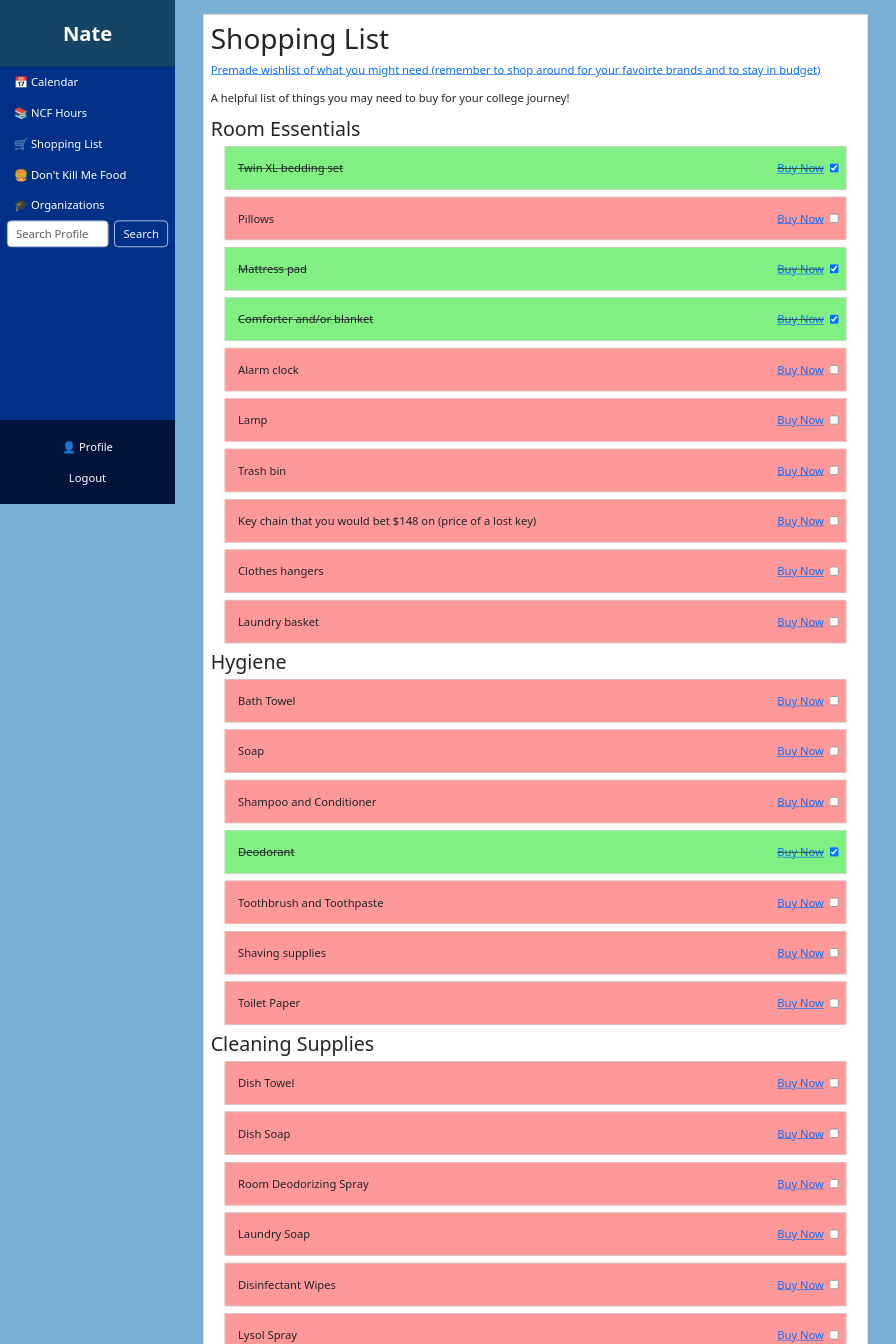
Repository: NateClarkTech/SoftwareEngineeringProject2
Page: http://localhost/shoppinglist/
These files come from the project's save history. The page is drawn as it stood at one moment and after the next save; the edit follows.
The browser window is 1280 px wide. The pictures show the part of the page from y = 0 to 1920 px (the page is 4171 px tall), at 70% of full size.
The page is served by the project's application, run on Django 5.2 (manage.py). The first stored user is signed in. Other server files are loaded and not shown. The page reads the database file committed with the project.

Above is the page before, as saved 2024-03-12 17:50:22.

### ShoppingList/templates/shoppinglist.html
{% extends 'base.html' %}

{% load static %}

{% block title %}Shopping List{% endblock %}

{% block extendHeader %}
<style>
    .item-box {
        border: 1px solid #ccc;
        padding: 10px;
        margin-bottom: 10px;
        margin-left: 20px;
        margin-right: 20px;
        background-color: white;
    }

    .checked {
        text-decoration: line-through;
        background-color: #81ef81;
    }

    .not-checked {
        text-decoration: none;
        background-color: #ff9999;
    }
</style>
{% endblock %}

{% block content %}
<div class="align-items-center">
    {% if user.is_authenticated %}
    <div class="item-box">
        <h1>Shopping List</h1>
        <a href="https://www.amazon.com/hz/wishlist/ls/1MYC1SQ5AHTOC?ref_=wl_share" target="_blank">Premade wishlist of what you might need (remember to shop around for your favoirte brands and to stay in budget)</a>
        <p class="pt-3">A helpful list of things you may need to buy for your college journey!</p>

        {% for category in itemCategories %}
            <h3>{{ category }}</h3>
            {% for item in shoppingItems %}
                {% if item.category == category %}
                    <div class="item-box d-flex {% if item.checked %}checked{%else%}not-checked{% endif %}">
                        <label for="item-{{ forloop.counter }}" class="flex-grow-1 p-2">{{ item.name }}</label>
                        <a href="{{ item.url }}" target="_blank" class="p-2">Buy Now</a>
                        <input type="checkbox" id="item-{{ forloop.counter }}" class="p-2" {% if item.checked %}checked{% endif %}>
                    </div>
                {% endif %}
            {% endfor %}
        {% endfor %}
    </div>
    {% else %}
    <p>You are not logged in</p>
    {% endif %}
</div>
{% endblock %}

{% block scripts %}
    <script src={% static '/js/shoppinglist.js' %}></script>
{% endblock %}

### ShoppingList/models.py
from django.db import models
from django.contrib.auth.models import User

class ShoppingListCategory(models.Model):
    name = models.CharField(max_length=200)

    def __str__(self):
        return self.name

class ShoppingListItem(models.Model):
    user = models.ForeignKey(User, on_delete=models.CASCADE)
    name = models.CharField(max_length=200)
    category = models.ForeignKey(ShoppingListCategory, on_delete=models.CASCADE)
    url = models.URLField(max_length=200)
    checked = models.BooleanField(default=False)

    def __str__(self):
        return self.user.username + " - " + self.name

### Leaderboard/urls.py
from django.urls import path
from . import views
#https://www.reddit.com/r/django/comments/13hknj7/my_project_doesnt_recognize_the_urls_from_one_of/
urlpatterns = [
    path('', views.checklist, name='checklist'),
    path('checklist/', views.checklist, name='checklist'),
    path('update_checklist/', views.update_checklist, name='update_checklist'),
    path('reset-tasks', views.reset_tasks),
    path('leaderboard/', views.leaderboard_view, name='leaderboard'),

]

### ShoppingList/urls.py
from django.urls import path
from . import views
from django.conf import settings
from django.conf.urls.static import static
from django.contrib.auth import views as auth_views

urlpatterns = [
    path('', views.shoppinglist, name='shoppinglist'),
    path('update_shoppinglist', views.update_shoppinglist, name='update_shoppinglist'),
]

### NovoTaskNinja/urls.py
from django.urls import path
from . import views
from django.conf import settings
from django.conf.urls.static import static
from django.contrib.auth import views as auth_views

urlpatterns = [

    # Backend-Heavy Pages
    path('dontkillmefood/', views.dontkillmefood, name='dontkillmefood'),

    # Frontend-Heavy Pages
    path('calendar', views.calendar, name='calendar'),
    path('ncfhours/', views.ncfhours, name='ncfhours'),
    path('', views.home, name='home'),


] + static(settings.MEDIA_URL, document_root=settings.MEDIA_ROOT)

### db.sqlite3 (the tables this page reads, as SQL)
CREATE TABLE "ShoppingList_shoppinglistcategory" ("id" integer NOT NULL PRIMARY KEY AUTOINCREMENT, "name" varchar(200) NOT NULL);
INSERT INTO "ShoppingList_shoppinglistcategory" VALUES
(1, 'Room Essentials'),
(2, 'Hygiene'),
(3, 'Cleaning Supplies'),
(4, 'Beach Supplies'),
(5, 'School Supplies'),
(6, 'Emergency Preparedness'),
(7, 'Other Items');

CREATE TABLE "ShoppingList_shoppinglistitem" ("id" integer NOT NULL PRIMARY KEY AUTOINCREMENT, "name" varchar(200) NOT NULL, "url" varchar(200) NOT NULL, "checked" bool NOT NULL, "user_id" integer NOT NULL REFERENCES "auth_user" ("id") DEFERRABLE INITIALLY DEFERRED, "category_id" bigint NOT NULL REFERENCES "ShoppingList_shoppinglistcategory" ("id") DEFERRABLE INITIALLY DEFERRED);
INSERT INTO "ShoppingList_shoppinglistitem" VALUES
(1, 'Twin XL bedding set', 'https://www.amazon.com/s?k=twin+xl+sheet+sets', 0, 3, 1),
(2, 'Pillows', 'https://www.amazon.com/s?k=bed+pillow', 0, 3, 1),
(3, 'Mattress pad', 'https://www.amazon.com/s?k=mattress+pad', 0, 3, 1),
(4, 'Comforter and/or blanket', 'https://www.amazon.com/s?k=comforter', 0, 3, 1),
(5, 'Alarm clock', 'https://www.amazon.com/s?k=alarm+clock', 0, 3, 1),
(6, 'Lamp', 'https://www.amazon.com/s?k=lamp', 0, 3, 1),
(7, 'Trash bin', 'https://www.amazon.com/s?k=trash+bin', 0, 3, 1),
(8, 'Key chain that you would bet $148 on (price of a lost key)', 'https://www.amazon.com/s?k=key+chain', 0, 3, 1),
(9, 'Clothes hangers', 'clothes hangers', 0, 3, 1),
(10, 'Laundry basket', 'https://www.amazon.com/s?k=laundry+basket', 0, 3, 1),
(11, 'Bath Towel', 'https://www.amazon.com/s?kbath+towel', 0, 3, 2),
(12, 'Soap', 'https://www.amazon.com/s?k=soap', 0, 3, 2),
(13, 'Shampoo and Conditioner', 'https://www.amazon.com/s?k=shampoo+and+conditioner', 0, 3, 2),
(14, 'Deodorant', 'https://www.amazon.com/s?k=deodorant', 0, 3, 2),
(15, 'Toothbrush and Toothpaste', 'https://www.amazon.com/s?k=toothbrush+and+toothpaste', 0, 3, 2),
(16, 'Shaving supplies', 'https://www.amazon.com/s?k=shaving+supplies', 0, 3, 2),
(17, 'Toilet Paper', 'https://www.amazon.com/s?k=toilet+paper', 0, 3, 2),
(18, 'Dish Towel', 'https://www.amazon.com/s?k=dish+towel', 0, 3, 3),
(19, 'Dish Soap', 'https://www.amazon.com/s?k=dish+soap', 0, 3, 3),
(20, 'Room Deodorizing Spray', 'https://www.amazon.com/s?k=room+deodorizing+spray', 0, 3, 3),
(21, 'Laundry Soap', 'https://www.amazon.com/s?k=laundry+soap', 0, 3, 3),
(22, 'Disinfectant Wipes', 'https://www.amazon.com/s?k=disinfectant+wipes', 0, 3, 3),
(23, 'Lysol Spray', 'https://www.amazon.com/s?k=lysol+spray', 0, 3, 3),
(24, 'Swimsuit', 'https://www.amazon.com/s?k=swimsuit', 0, 3, 4),
(25, 'Beach Towel', 'https://www.amazon.com/s?k=beach+towel', 0, 3, 4),
(26, 'Sunscreen', 'https://www.amazon.com/s?k=sunscreen', 0, 3, 4),
(27, 'Refillable Water Bottle', 'https://www.amazon.com/s?k=refillable+water+bottle', 0, 3, 4),
(28, 'Personal Computer', 'https://www.amazon.com/s?k=personal+computer', 0, 3, 5),
(29, 'Printer', 'https://www.amazon.com/s?k=printer', 0, 3, 5),
(30, 'Printer Paper', 'https://www.amazon.com/s?k=printer+paper', 0, 3, 5),
(31, 'Ethernet Cable', 'https://www.amazon.com/s?k=ethernet+cable', 0, 3, 5),
(32, 'Flash Drive', 'https://www.amazon.com/s?k=flash+drive', 0, 3, 5),
(33, 'Notebooks', 'https://www.amazon.com/s?k=notebooks', 0, 3, 5),
(34, 'Laptop Lock', 'https://www.amazon.com/s?k=laptop+lock', 0, 3, 5),
(35, 'Office Supplies (Poster Putty, Stapler, Push Pins, Pen/Pencils, Envelopes and Stamps)', 'https://www.amazon.com/s?k=office+supplies', 0, 3, 5),
(36, 'Desk Lamp', 'https://www.amazon.com/s?k=desk+lamp', 0, 3, 5),
(37, 'Power Strip with Surge Protector', 'https://www.amazon.com/s?k=power+strip+with+surge+protector', 0, 3, 5),
(38, 'Multi-port USB Charger', 'https://www.amazon.com/s?k=multi-port+usb+charger', 0, 3, 5),
(39, 'Headset', 'https://www.amazon.com/s?k=headset', 0, 3, 5),
(40, 'Flashlight', 'https://www.amazon.com/s?k=flashlight', 0, 3, 6),
(41, 'Batteries', 'https://www.amazon.com/s?k=batteries', 0, 3, 6),
(42, 'First-aid Kit', 'https://www.amazon.com/s?k=first-aid+kit', 0, 3, 6),
(43, 'Fan', 'https://www.amazon.com/s?k=fan', 0, 3, 7),
(44, 'Umbrella', 'https://www.amazon.com/s?k=umbrella', 0, 3, 7),
(45, 'Ear Plugs', 'https://www.amazon.com/s?k=ear+plugs', 0, 3, 7),
(46, 'Small Sewing Kit', 'https://www.amazon.com/s?k=sewing+kit', 0, 3, 7),
(47, 'Small Tool Kit', 'https://www.amazon.com/s?k=tool+kit', 0, 3, 7),
(48, 'Storage Bins', 'https://www.amazon.com/s?k=storage+bins', 0, 3, 7),
(49, 'Dishes and Utensils', 'https://www.amazon.com/s?k=dishes+and+utensils', 0, 3, 7),
(50, 'Camera', 'https://www.amazon.com/s?k=camera', 0, 3, 7),
(51, 'Can Opener', 'https://www.amazon.com/s?k=can+opener', 0, 3, 7),
(52, 'Twin XL bedding set', 'https://www.amazon.com/s?k=twin+xl+sheet+sets', 0, 4, 1),
(53, 'Pillows', 'https://www.amazon.com/s?k=bed+pillow', 0, 4, 1),
(54, 'Mattress pad', 'https://www.amazon.com/s?k=mattress+pad', 0, 4, 1),
(55, 'Comforter and/or blanket', 'https://www.amazon.com/s?k=comforter', 0, 4, 1),
(56, 'Alarm clock', 'https://www.amazon.com/s?k=alarm+clock', 0, 4, 1),
(57, 'Lamp', 'https://www.amazon.com/s?k=lamp', 0, 4, 1),
(58, 'Trash bin', 'https://www.amazon.com/s?k=trash+bin', 0, 4, 1),
(59, 'Key chain that you would bet $148 on (price of a lost key)', 'https://www.amazon.com/s?k=key+chain', 0, 4, 1),
(60, 'Clothes hangers', 'clothes hangers', 0, 4, 1),
(61, 'Laundry basket', 'https://www.amazon.com/s?k=laundry+basket', 0, 4, 1),
(62, 'Bath Towel', 'https://www.amazon.com/s?kbath+towel', 0, 4, 2),
(63, 'Soap', 'https://www.amazon.com/s?k=soap', 0, 4, 2),
(64, 'Shampoo and Conditioner', 'https://www.amazon.com/s?k=shampoo+and+conditioner', 0, 4, 2),
(65, 'Deodorant', 'https://www.amazon.com/s?k=deodorant', 0, 4, 2),
(66, 'Toothbrush and Toothpaste', 'https://www.amazon.com/s?k=toothbrush+and+toothpaste', 0, 4, 2),
(67, 'Shaving supplies', 'https://www.amazon.com/s?k=shaving+supplies', 0, 4, 2),
(68, 'Toilet Paper', 'https://www.amazon.com/s?k=toilet+paper', 0, 4, 2),
(69, 'Dish Towel', 'https://www.amazon.com/s?k=dish+towel', 0, 4, 3),
(70, 'Dish Soap', 'https://www.amazon.com/s?k=dish+soap', 0, 4, 3),
(71, 'Room Deodorizing Spray', 'https://www.amazon.com/s?k=room+deodorizing+spray', 0, 4, 3),
(72, 'Laundry Soap', 'https://www.amazon.com/s?k=laundry+soap', 0, 4, 3),
(73, 'Disinfectant Wipes', 'https://www.amazon.com/s?k=disinfectant+wipes', 0, 4, 3),
(74, 'Lysol Spray', 'https://www.amazon.com/s?k=lysol+spray', 0, 4, 3),
(75, 'Swimsuit', 'https://www.amazon.com/s?k=swimsuit', 0, 4, 4),
(76, 'Beach Towel', 'https://www.amazon.com/s?k=beach+towel', 0, 4, 4),
(77, 'Sunscreen', 'https://www.amazon.com/s?k=sunscreen', 0, 4, 4),
(78, 'Refillable Water Bottle', 'https://www.amazon.com/s?k=refillable+water+bottle', 0, 4, 4),
(79, 'Personal Computer', 'https://www.amazon.com/s?k=personal+computer', 0, 4, 5),
(80, 'Printer', 'https://www.amazon.com/s?k=printer', 0, 4, 5),
(81, 'Printer Paper', 'https://www.amazon.com/s?k=printer+paper', 0, 4, 5),
(82, 'Ethernet Cable', 'https://www.amazon.com/s?k=ethernet+cable', 0, 4, 5),
(83, 'Flash Drive', 'https://www.amazon.com/s?k=flash+drive', 0, 4, 5),
(84, 'Notebooks', 'https://www.amazon.com/s?k=notebooks', 0, 4, 5),
(85, 'Laptop Lock', 'https://www.amazon.com/s?k=laptop+lock', 0, 4, 5),
(86, 'Office Supplies (Poster Putty, Stapler, Push Pins, Pen/Pencils, Envelopes and Stamps)', 'https://www.amazon.com/s?k=office+supplies', 0, 4, 5),
(87, 'Desk Lamp', 'https://www.amazon.com/s?k=desk+lamp', 0, 4, 5),
(88, 'Power Strip with Surge Protector', 'https://www.amazon.com/s?k=power+strip+with+surge+protector', 0, 4, 5),
(89, 'Multi-port USB Charger', 'https://www.amazon.com/s?k=multi-port+usb+charger', 0, 4, 5),
(90, 'Headset', 'https://www.amazon.com/s?k=headset', 0, 4, 5),
(91, 'Flashlight', 'https://www.amazon.com/s?k=flashlight', 0, 4, 6),
(92, 'Batteries', 'https://www.amazon.com/s?k=batteries', 0, 4, 6),
(93, 'First-aid Kit', 'https://www.amazon.com/s?k=first-aid+kit', 0, 4, 6),
(94, 'Fan', 'https://www.amazon.com/s?k=fan', 0, 4, 7),
(95, 'Umbrella', 'https://www.amazon.com/s?k=umbrella', 0, 4, 7),
(96, 'Ear Plugs', 'https://www.amazon.com/s?k=ear+plugs', 0, 4, 7),
(97, 'Small Sewing Kit', 'https://www.amazon.com/s?k=sewing+kit', 0, 4, 7),
(98, 'Small Tool Kit', 'https://www.amazon.com/s?k=tool+kit', 0, 4, 7),
(99, 'Storage Bins', 'https://www.amazon.com/s?k=storage+bins', 0, 4, 7),
(100, 'Dishes and Utensils', 'https://www.amazon.com/s?k=dishes+and+utensils', 0, 4, 7),
(101, 'Camera', 'https://www.amazon.com/s?k=camera', 0, 4, 7),
(102, 'Can Opener', 'https://www.amazon.com/s?k=can+opener', 0, 4, 7),
(103, 'Twin XL bedding set', 'https://www.amazon.com/s?k=twin+xl+sheet+sets', 0, 2, 1),
(104, 'Pillows', 'https://www.amazon.com/s?k=bed+pillow', 0, 2, 1),
(105, 'Mattress pad', 'https://www.amazon.com/s?k=mattress+pad', 0, 2, 1),
(106, 'Comforter and/or blanket', 'https://www.amazon.com/s?k=comforter', 0, 2, 1),
(107, 'Alarm clock', 'https://www.amazon.com/s?k=alarm+clock', 0, 2, 1),
(108, 'Lamp', 'https://www.amazon.com/s?k=lamp', 0, 2, 1),
(109, 'Trash bin', 'https://www.amazon.com/s?k=trash+bin', 0, 2, 1),
(110, 'Key chain that you would bet $148 on (price of a lost key)', 'https://www.amazon.com/s?k=key+chain', 0, 2, 1),
(111, 'Clothes hangers', 'https://www.amazon.com/s?k=clothes+hangers', 0, 2, 1),
(112, 'Laundry basket', 'https://www.amazon.com/s?k=laundry+basket', 0, 2, 1),
(113, 'Bath Towel', 'https://www.amazon.com/s?k=bath+towels', 0, 2, 2),
(114, 'Soap', 'https://www.amazon.com/s?k=soap', 0, 2, 2),
(115, 'Shampoo and Conditioner', 'https://www.amazon.com/s?k=shampoo+and+conditioner', 0, 2, 2),
(116, 'Deodorant', 'https://www.amazon.com/s?k=deodorant', 0, 2, 2),
(117, 'Toothbrush and Toothpaste', 'https://www.amazon.com/s?k=toothbrush+and+toothpaste', 0, 2, 2),
(118, 'Shaving supplies', 'https://www.amazon.com/s?k=shaving+supplies', 0, 2, 2),
(119, 'Toilet Paper', 'https://www.amazon.com/s?k=toilet+paper', 0, 2, 2),
(120, 'Dish Towel', 'https://www.amazon.com/s?k=dish+towel', 0, 2, 3),
(121, 'Dish Soap', 'https://www.amazon.com/s?k=dish+soap', 0, 2, 3),
(122, 'Room Deodorizing Spray', 'https://www.amazon.com/s?k=room+deodorizing+spray', 0, 2, 3),
(123, 'Laundry Soap', 'https://www.amazon.com/s?k=laundry+soap', 0, 2, 3),
(124, 'Disinfectant Wipes', 'https://www.amazon.com/s?k=disinfectant+wipes', 0, 2, 3),
(125, 'Lysol Spray', 'https://www.amazon.com/s?k=lysol+spray', 0, 2, 3),
(126, 'Swimsuit', 'https://www.amazon.com/s?k=swimsuit', 0, 2, 4),
(127, 'Beach Towel', 'https://www.amazon.com/s?k=beach+towel', 0, 2, 4),
(128, 'Sunscreen', 'https://www.amazon.com/s?k=sunscreen', 0, 2, 4),
(129, 'Refillable Water Bottle', 'https://www.amazon.com/s?k=refillable+water+bottle', 0, 2, 4),
(130, 'Personal Computer', 'https://www.amazon.com/s?k=personal+computer', 0, 2, 5),
(131, 'Printer', 'https://www.amazon.com/s?k=printer', 0, 2, 5),
(132, 'Printer Paper', 'https://www.amazon.com/s?k=printer+paper', 0, 2, 5),
(133, 'Ethernet Cable', 'https://www.amazon.com/s?k=ethernet+cable', 0, 2, 5),
(134, 'Flash Drive', 'https://www.amazon.com/s?k=flash+drive', 0, 2, 5),
(135, 'Notebooks', 'https://www.amazon.com/s?k=notebooks', 0, 2, 5),
(136, 'Laptop Lock', 'https://www.amazon.com/s?k=laptop+lock', 0, 2, 5),
(137, 'Office Supplies (Poster Putty, Stapler, Push Pins, Pen/Pencils, Envelopes and Stamps)', 'https://www.amazon.com/s?k=office+supplies', 0, 2, 5),
(138, 'Desk Lamp', 'https://www.amazon.com/s?k=desk+lamp', 0, 2, 5),
(139, 'Power Strip with Surge Protector', 'https://www.amazon.com/s?k=power+strip+with+surge+protector', 0, 2, 5),
(140, 'Multi-port USB Charger', 'https://www.amazon.com/s?k=multi-port+usb+charger', 0, 2, 5),
(141, 'Headset', 'https://www.amazon.com/s?k=headset', 0, 2, 5),
(142, 'Flashlight', 'https://www.amazon.com/s?k=flashlight', 0, 2, 6),
(143, 'Batteries', 'https://www.amazon.com/s?k=batteries', 0, 2, 6),
(144, 'First-aid Kit', 'https://www.amazon.com/s?k=first-aid+kit', 0, 2, 6),
(145, 'Fan', 'https://www.amazon.com/s?k=fan', 0, 2, 7),
(146, 'Umbrella', 'https://www.amazon.com/s?k=umbrella', 0, 2, 7),
(147, 'Ear Plugs', 'https://www.amazon.com/s?k=ear+plugs', 0, 2, 7),
(148, 'Small Sewing Kit', 'https://www.amazon.com/s?k=sewing+kit', 0, 2, 7),
(149, 'Small Tool Kit', 'https://www.amazon.com/s?k=tool+kit', 0, 2, 7),
(150, 'Storage Bins', 'https://www.amazon.com/s?k=storage+bins', 0, 2, 7),
(151, 'Dishes and Utensils', 'https://www.amazon.com/s?k=dishes+and+utensils', 0, 2, 7),
(152, 'Camera', 'https://www.amazon.com/s?k=camera', 0, 2, 7),
(153, 'Can Opener', 'https://www.amazon.com/s?k=can+opener', 0, 2, 7),
(154, 'Twin XL bedding set', 'https://www.amazon.com/s?k=twin+xl+sheet+sets', 1, 1, 1),
(155, 'Pillows', 'https://www.amazon.com/s?k=bed+pillow', 0, 1, 1),
(156, 'Mattress pad', 'https://www.amazon.com/s?k=mattress+pad', 1, 1, 1),
(157, 'Comforter and/or blanket', 'https://www.amazon.com/s?k=comforter', 1, 1, 1),
(158, 'Alarm clock', 'https://www.amazon.com/s?k=alarm+clock', 0, 1, 1),
(159, 'Lamp', 'https://www.amazon.com/s?k=lamp', 0, 1, 1),
(160, 'Trash bin', 'https://www.amazon.com/s?k=trash+bin', 0, 1, 1),
(161, 'Key chain that you would bet $148 on (price of a lost key)', 'https://www.amazon.com/s?k=key+chain', 0, 1, 1),
(162, 'Clothes hangers', 'https://www.amazon.com/s?k=clothes+hangers', 0, 1, 1),
(163, 'Laundry basket', 'https://www.amazon.com/s?k=laundry+basket', 0, 1, 1),
(164, 'Bath Towel', 'https://www.amazon.com/s?k=bath+towels', 0, 1, 2),
(165, 'Soap', 'https://www.amazon.com/s?k=soap', 0, 1, 2),
(166, 'Shampoo and Conditioner', 'https://www.amazon.com/s?k=shampoo+and+conditioner', 0, 1, 2),
(167, 'Deodorant', 'https://www.amazon.com/s?k=deodorant', 1, 1, 2),
(168, 'Toothbrush and Toothpaste', 'https://www.amazon.com/s?k=toothbrush+and+toothpaste', 0, 1, 2),
(169, 'Shaving supplies', 'https://www.amazon.com/s?k=shaving+supplies', 0, 1, 2),
(170, 'Toilet Paper', 'https://www.amazon.com/s?k=toilet+paper', 0, 1, 2),
(171, 'Dish Towel', 'https://www.amazon.com/s?k=dish+towel', 0, 1, 3),
(172, 'Dish Soap', 'https://www.amazon.com/s?k=dish+soap', 0, 1, 3),
(173, 'Room Deodorizing Spray', 'https://www.amazon.com/s?k=room+deodorizing+spray', 0, 1, 3),
(174, 'Laundry Soap', 'https://www.amazon.com/s?k=laundry+soap', 0, 1, 3),
(175, 'Disinfectant Wipes', 'https://www.amazon.com/s?k=disinfectant+wipes', 0, 1, 3),
(176, 'Lysol Spray', 'https://www.amazon.com/s?k=lysol+spray', 0, 1, 3),
(177, 'Swimsuit', 'https://www.amazon.com/s?k=swimsuit', 0, 1, 4),
(178, 'Beach Towel', 'https://www.amazon.com/s?k=beach+towel', 0, 1, 4),
(179, 'Sunscreen', 'https://www.amazon.com/s?k=sunscreen', 0, 1, 4),
(180, 'Refillable Water Bottle', 'https://www.amazon.com/s?k=refillable+water+bottle', 0, 1, 4),
(181, 'Personal Computer', 'https://www.amazon.com/s?k=personal+computer', 0, 1, 5),
(182, 'Printer', 'https://www.amazon.com/s?k=printer', 0, 1, 5),
(183, 'Printer Paper', 'https://www.amazon.com/s?k=printer+paper', 0, 1, 5),
(184, 'Ethernet Cable', 'https://www.amazon.com/s?k=ethernet+cable', 0, 1, 5),
(185, 'Flash Drive', 'https://www.amazon.com/s?k=flash+drive', 0, 1, 5),
(186, 'Notebooks', 'https://www.amazon.com/s?k=notebooks', 0, 1, 5),
(187, 'Laptop Lock', 'https://www.amazon.com/s?k=laptop+lock', 0, 1, 5),
(188, 'Office Supplies (Poster Putty, Stapler, Push Pins, Pen/Pencils, Envelopes and Stamps)', 'https://www.amazon.com/s?k=office+supplies', 0, 1, 5),
(189, 'Desk Lamp', 'https://www.amazon.com/s?k=desk+lamp', 0, 1, 5),
(190, 'Power Strip with Surge Protector', 'https://www.amazon.com/s?k=power+strip+with+surge+protector', 0, 1, 5),
(191, 'Multi-port USB Charger', 'https://www.amazon.com/s?k=multi-port+usb+charger', 0, 1, 5),
(192, 'Headset', 'https://www.amazon.com/s?k=headset', 0, 1, 5),
(193, 'Flashlight', 'https://www.amazon.com/s?k=flashlight', 0, 1, 6),
(194, 'Batteries', 'https://www.amazon.com/s?k=batteries', 0, 1, 6),
(195, 'First-aid Kit', 'https://www.amazon.com/s?k=first-aid+kit', 0, 1, 6),
(196, 'Fan', 'https://www.amazon.com/s?k=fan', 0, 1, 7),
(197, 'Umbrella', 'https://www.amazon.com/s?k=umbrella', 0, 1, 7),
(198, 'Ear Plugs', 'https://www.amazon.com/s?k=ear+plugs', 0, 1, 7),
(199, 'Small Sewing Kit', 'https://www.amazon.com/s?k=sewing+kit', 0, 1, 7),
(200, 'Small Tool Kit', 'https://www.amazon.com/s?k=tool+kit', 0, 1, 7),
(201, 'Storage Bins', 'https://www.amazon.com/s?k=storage+bins', 0, 1, 7),
(202, 'Dishes and Utensils', 'https://www.amazon.com/s?k=dishes+and+utensils', 0, 1, 7),
(203, 'Camera', 'https://www.amazon.com/s?k=camera', 0, 1, 7),
(204, 'Can Opener', 'https://www.amazon.com/s?k=can+opener', 0, 1, 7);

CREATE TABLE "auth_user" ("id" integer NOT NULL PRIMARY KEY AUTOINCREMENT, "password" varchar(128) NOT NULL, "last_login" datetime NULL, "is_superuser" bool NOT NULL, "username" varchar(150) NOT NULL UNIQUE, "last_name" varchar(150) NOT NULL, "email" varchar(254) NOT NULL, "is_staff" bool NOT NULL, "is_active" bool NOT NULL, "date_joined" datetime NOT NULL, "first_name" varchar(150) NOT NULL);
INSERT INTO "auth_user" VALUES
(1, 'pbkdf2_sha256$720000$voXDfFPGW35Vj4HBNrXH6O$81VbTivkDmHTHyrO0enerEqBO5Y1jna5vWEizOy2neM=', '2024-03-12 19:50:57.516190', 0, 'Nate', '', '', 0, 1, '2024-03-10 17:59:04.381654', ''),
(2, 'pbkdf2_sha256$720000$6xx2oJHi4sTw9UGfKxI1Vr$hTFa86Txj4tm4MMlh+gyYzNVMNkcrilSLcoieOe8rZ0=', '2024-03-12 19:31:30.492896', 1, 'admin', '', '', 1, 1, '2024-03-10 17:59:37.223655', ''),
(3, 'pbkdf2_sha256$720000$CYfsySN9KJ3kKCFa7FcOyu$1SpWWJdIaEb00rFZobW7XtaDRaXiSxJRIjAVbF6ooGU=', '2024-03-12 15:52:11.849871', 0, 'NotNate', '', '', 0, 1, '2024-03-10 21:43:19.463536', ''),
(4, 'pbkdf2_sha256$720000$yQsW3wlpSp5GMrkLKbaAMK$XEmvrkUnHV2qiy/8O9pIhwGZvYNqFGRgejnn5yn4QFM=', '2024-03-11 00:26:01.990320', 0, 'Username', '', '', 0, 1, '2024-03-11 00:26:01.476318', '');

Loaded but not shown: ShoppingList/static/js/shoppinglist.js (57 lines, source omitted); NovoTaskNinja/templates/navbar.html (248 lines, source omitted); ShoppingList/views.py (113 lines, source omitted); static/css/base/base.css (123 lines, source omitted); NovoTaskNinja/templates/base.html (49 lines, source omitted); SEProject2/urls.py (30 lines, source omitted); Profile/urls.py (26 lines, source omitted)

After the next save:
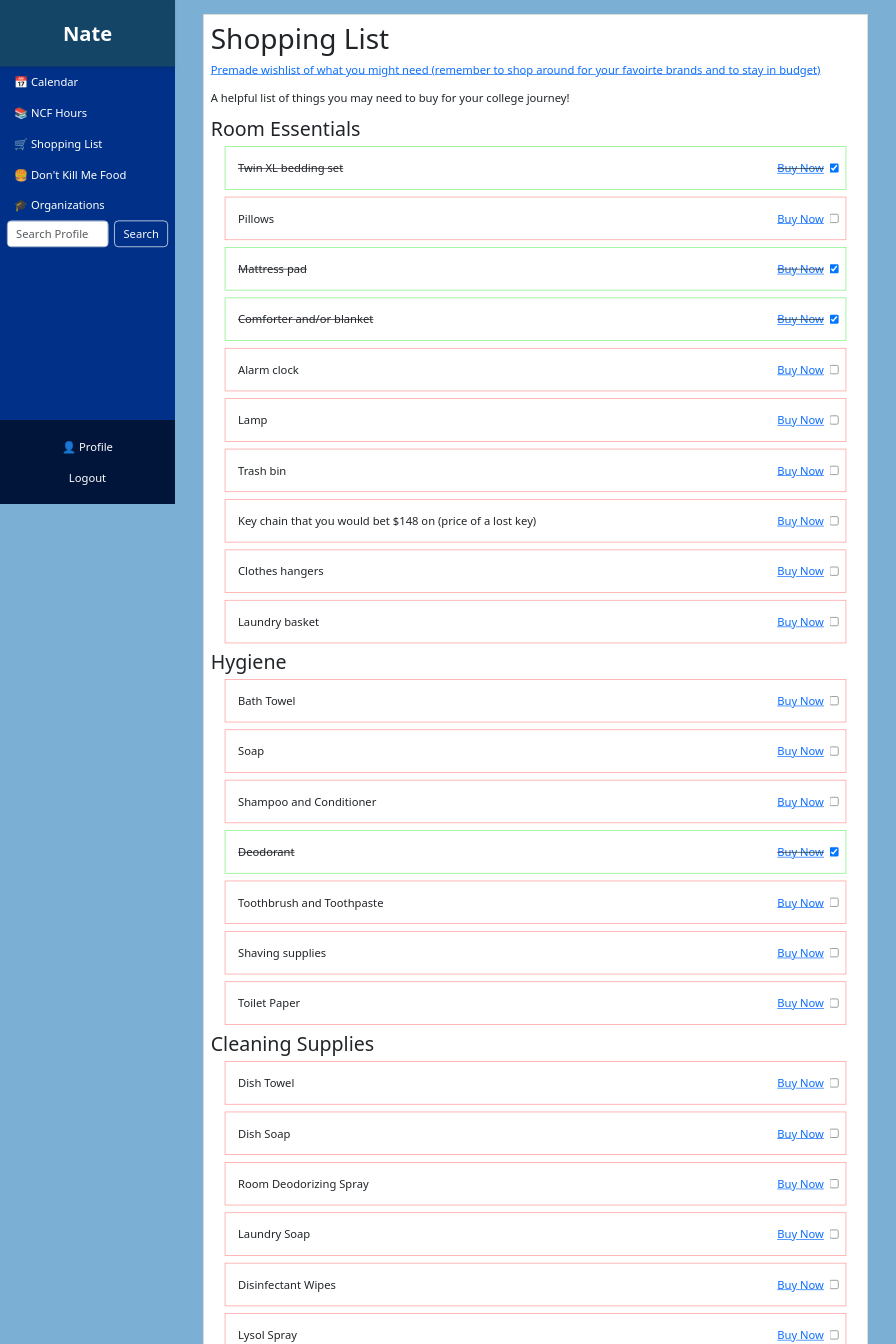
Saved 2 min 22 s later.
--- a/ShoppingList/templates/shoppinglist.html
+++ b/ShoppingList/templates/shoppinglist.html
@@ -17,12 +17,12 @@
 
     .checked {
         text-decoration: line-through;
-        background-color: #81ef81;
+        border-color: #81ef81;
     }
 
     .not-checked {
         text-decoration: none;
-        background-color: #ff9999;
+        border-color: #ff9999;
     }
 </style>
 {% endblock %}
